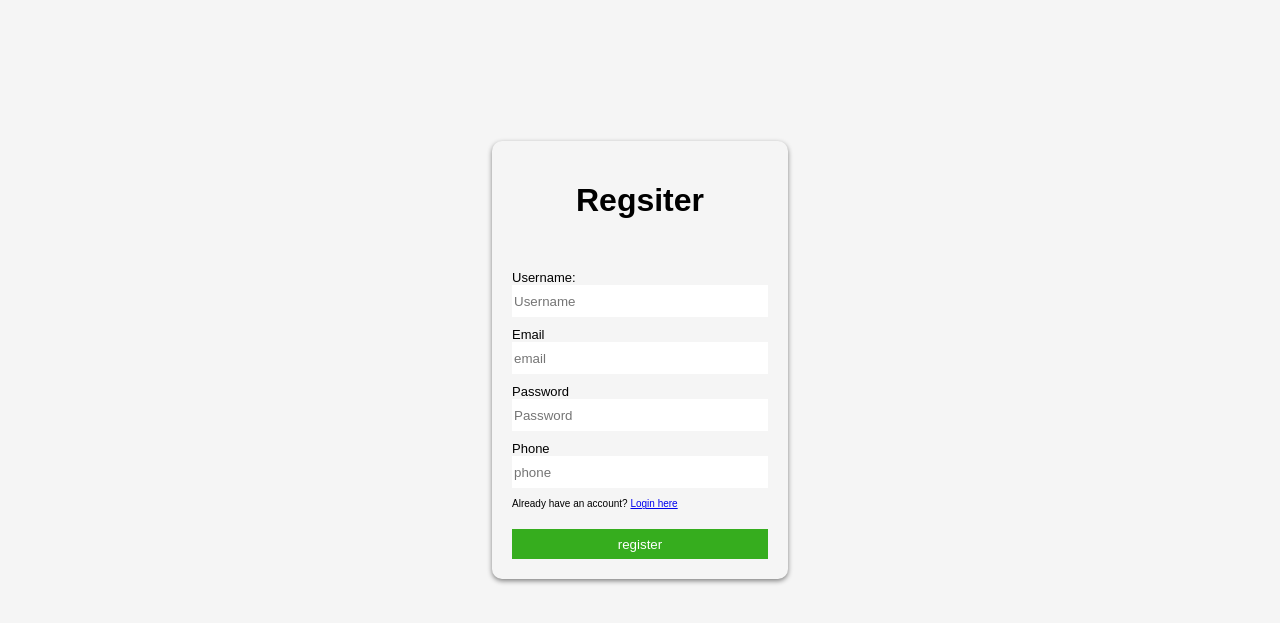
Repository: Dennis-star1001/PHP-CRUD
Page: http://localhost/register.php
The author's editor kept a copy of each file at every save. The page is drawn from the files as they stood at one save, then again after the next save.
The browser window is 1280 px wide. The pictures show the whole page.
The page is run by PHP 8.4 with error messages shown; the project is at /var/www/html/.

Above is the page before, as saved 2022-07-05 22:37:43.

### register.php
<?php require("backend.php");
?>
<?php
$err = "";
$sucess ='';
$clas = '';
if (isset($_GET['err'])) {
    $err = $_GET['err'];
    $clas = 'error';

}elseif(isset($_GET['sucess'])){
    $sucess = $_GET['err'];
    $clas = 'sucess';

} ?>
<!DOCTYPE html>
<html lang="en">

<head>
    <meta charset="UTF-8">
    <meta http-equiv="X-UA-Compatible" content="IE=edge">
    <meta name="viewport" content="width=device-width, initial-scale=1.0">
    <link rel="stylesheet" href="style.css">
    <title>Document</title>
</head>

<body>
    <form method="POST" action="backend.php">
        <div class="container">
            <div class="left">
                <h1 class="title">Regsiter</h1>
                <?php echo "<div class='$clas'>$err</div>" ?>
                <?php echo "<div class='$clas'>$sucess</div>" ?>
                <div class="input-field">
                    <label for="username">Username:</label>
                    <input type="text" class="text-input" placeholder="Username" name="username" />
                </div>
                <div class="input-field">
                    <label for="email">Email</label>
                    <input type="email" class="text-input" placeholder="email" name="email" />
                </div>
                <div class="input-field">
                    <label for="password">Password</label>
                    <input type="password" class="text-input" placeholder="Password" name="password" />
                </div>
                <div class="input-field">
                    <label for="phone">Phone</label>
                    <input type="phonr" class="text-input" placeholder="phone" name="phone" />
                    <p class="login-link">Already have an account? <a href="login.php">Login here</a> </p>
                </div>
                <input type="submit" value="register" class="submit" name="register" />

            </div>

        </div>
    </form>

</body>

</html>

### backend.php
<?php
require("connection.php");

if (isset($_POST['register'])) {
    $username = $_POST['username'];
    $email = $_POST['email'];
    $password = $_POST['password'];
    $phone = $_POST['phone'];

    if (empty($username) || empty($email) || empty($password) || empty($phone)) {
        header("Location: register.php?err=Empty field not allowed!");
        exit;
    }

    //check if existed
    $Select_sql = "SELECT * FROM register WHERE username = '$username' AND phone = '$phone'";

    $query =  mysqli_query($conn, $Select_sql);


    if (mysqli_num_rows($query) > 0) {
        header("Location: register.php?err=This user already exist");
        exit;
    } else {
        $Insert_sql = "INSERT INTO register SET username = '$username', email='$email', password='$password', phone = '$phone'";
        mysqli_query($conn, $Insert_sql);
        header("Location: login.php?sucess=You can now register");
    }
}


if (isset($_POST['login'])) {
    $username = $_POST['username'];

    $password = $_POST['password'];


    if (empty($username) || empty($password)) {
        header("Location: login.php?err=Empty field not allowed!");
        exit;
    }

    $sql = "SELECT * FROM register WHERE username = '$username' AND password = '$password'";
    $query = mysqli_query($conn, $sql);
    if (mysqli_num_rows($query) > 0) {
        $row = mysqli_fetch_array($query);
        $_SESSION['id'] = $row['id'];
        $_SESSION['username'] = $row['username'];
        $_SESSION['password'] = $row['password'];

        header("Location: index.php?success=Logged in...");


    } else {
        header("Location: login.php?err=User not found!");
        exit;
    }

}

### connection.php
<?php
$conn = mysqli_connect("localhost", "root", "", "Wild_animals");
if(!$conn){
die("Connection failed: " . mysqli_connect_error());
}

### style.css
body {
    margin: 0px;
    font-family: sans-serif;
    background-color: whitesmoke;
}

.title{

    text-align: center;

}

.container{
    display: flex;
    justify-content: center;
    align-items: center;
    height: 100vh;
}
.left{
    display: flex;
    flex-direction: column;
    width: 20%;
    /* border: 1px solid black; */
    box-shadow: 0 2px 5px gray;
    border-radius: 10px;
    padding: 20px;
    gap: 10px;
}
.input-field{
    display: flex;
    flex-direction: column;
}
input{
    height: 30px;
    border: none;

}
input:focus{
    outline: none;
    border-bottom: 1px solid gray;
}
label{
    font-size: 13px;
}
.submit{
    background-color: rgb(54, 173, 30);
    border: none;
    color: white;
}
.error {
    height: 5%;
    width: 100%;
    background-color: pink;
    color: red;
    font-family: sans-serif;
    display: flex;
    justify-content: center;
    align-items: center;
    font-size: 15px;
}

.success {
    height: 10%;
    width: 100%;
    background-color: lightgreen;
    color: green;
    font-family: sans-serif;
    display: flex;
    justify-content: center;
    align-items: center;
    font-size: 15px;
}
.login-link{
    font-size: 10px;
}

After the next save:
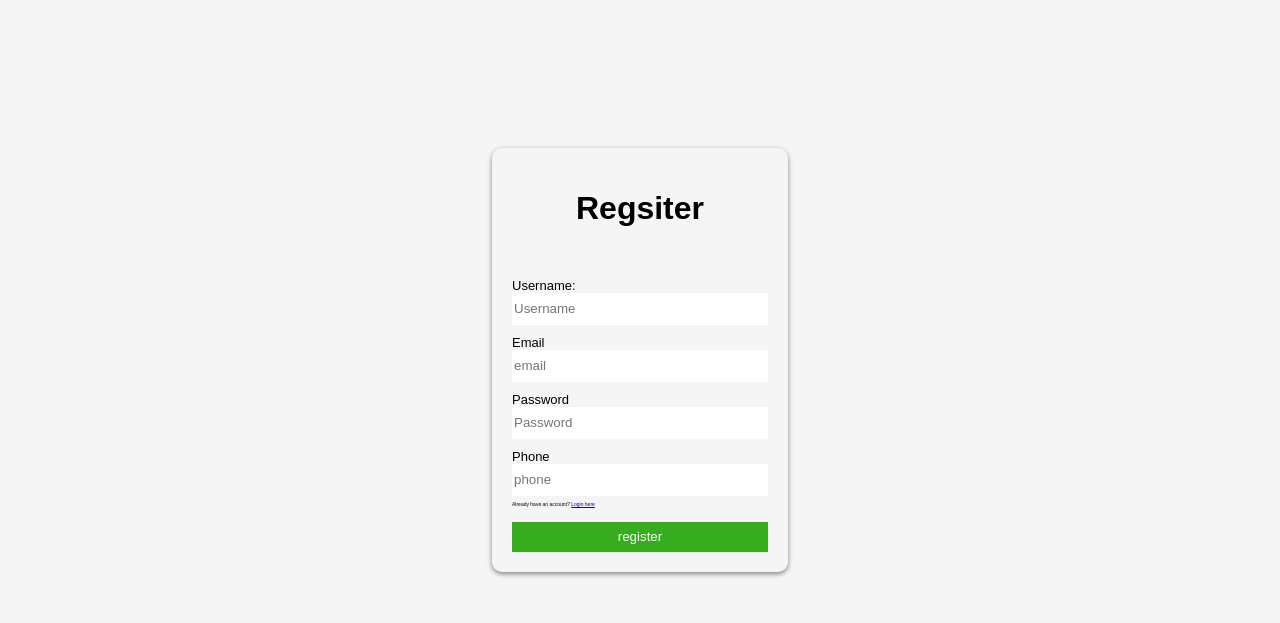
Saved 55 s later.
--- a/style.css
+++ b/style.css
@@ -71,5 +71,5 @@
     font-size: 15px;
 }
 .login-link{
-    font-size: 10px;
+    font-size: 5px;
 }

After the 2 saves that followed:
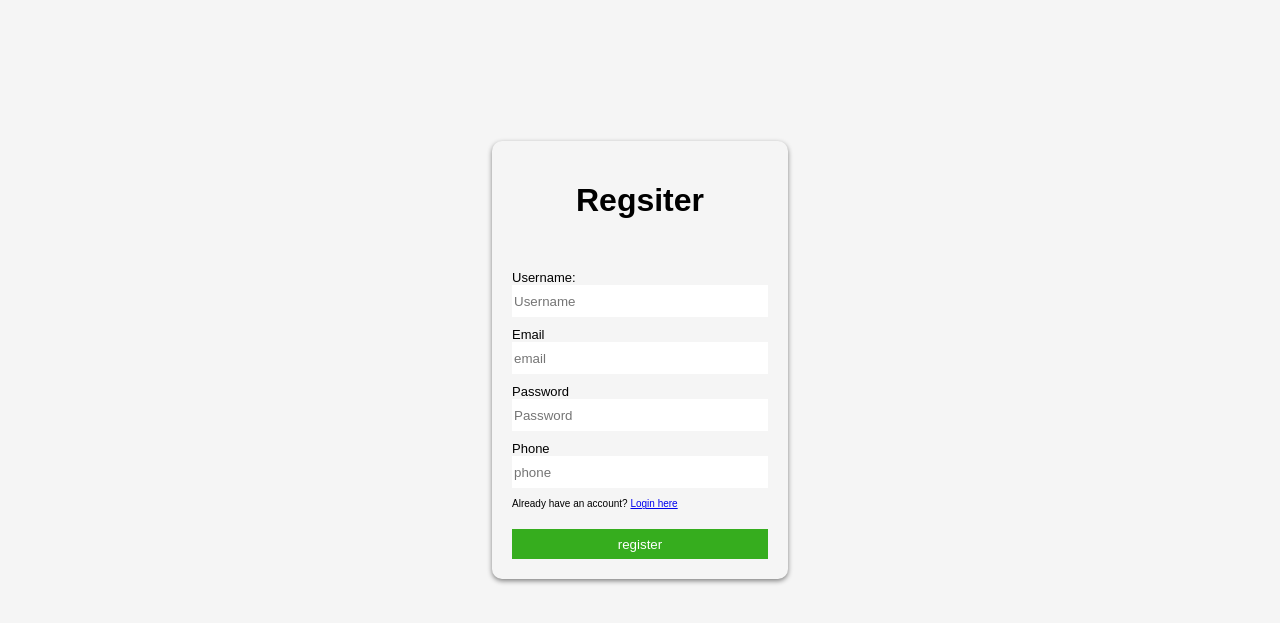
The 2 saves are shown as one change because 1 left the picture as it was.
The last was saved 94 s later.
--- a/style.css
+++ b/style.css
@@ -70,6 +70,6 @@
     align-items: center;
     font-size: 15px;
 }
-.login-link{
-    font-size: 5px;
+p{
+    font-size: 10px;
 }
